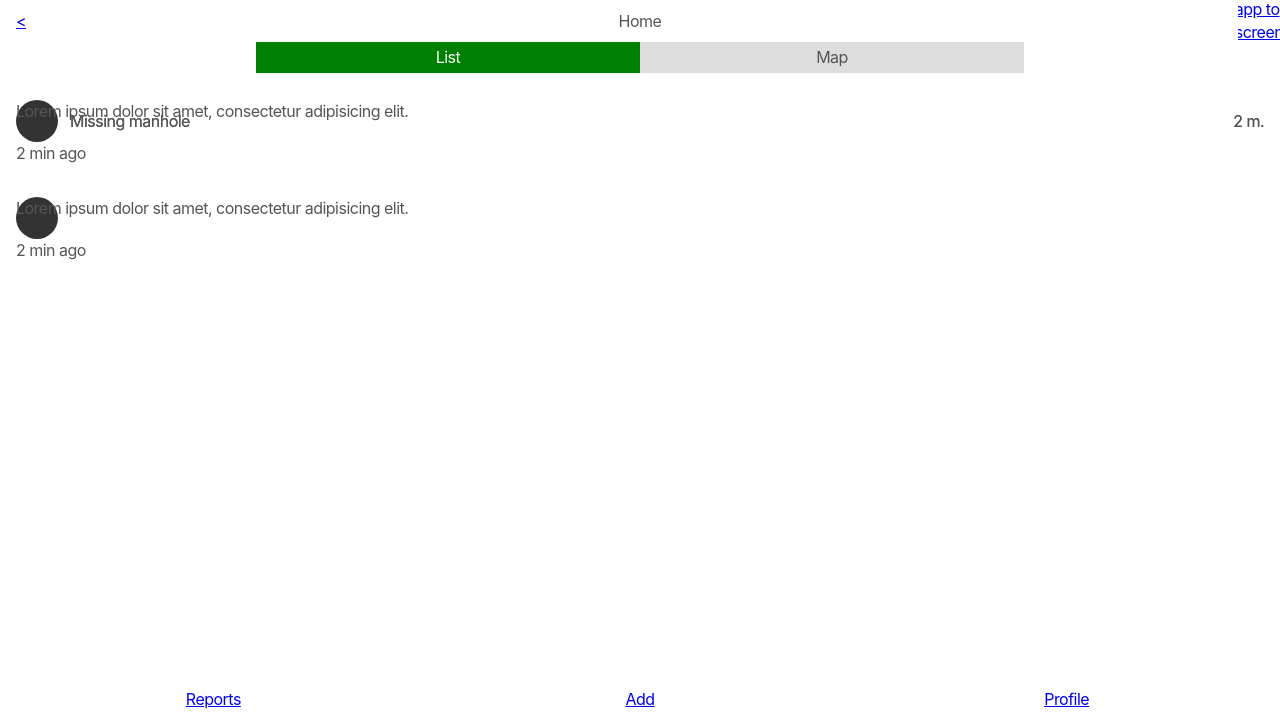
Repository: aleksandrenko/html-css-playground
Page: reports.html
The author's editor kept a copy of each file at every save. The page is drawn from the files as they stood at one save, then again after the next save.
The browser window is 1280 px wide. The pictures show the whole page.

Above is the page before, as saved 2018-01-19 17:44:50.

After the next save:
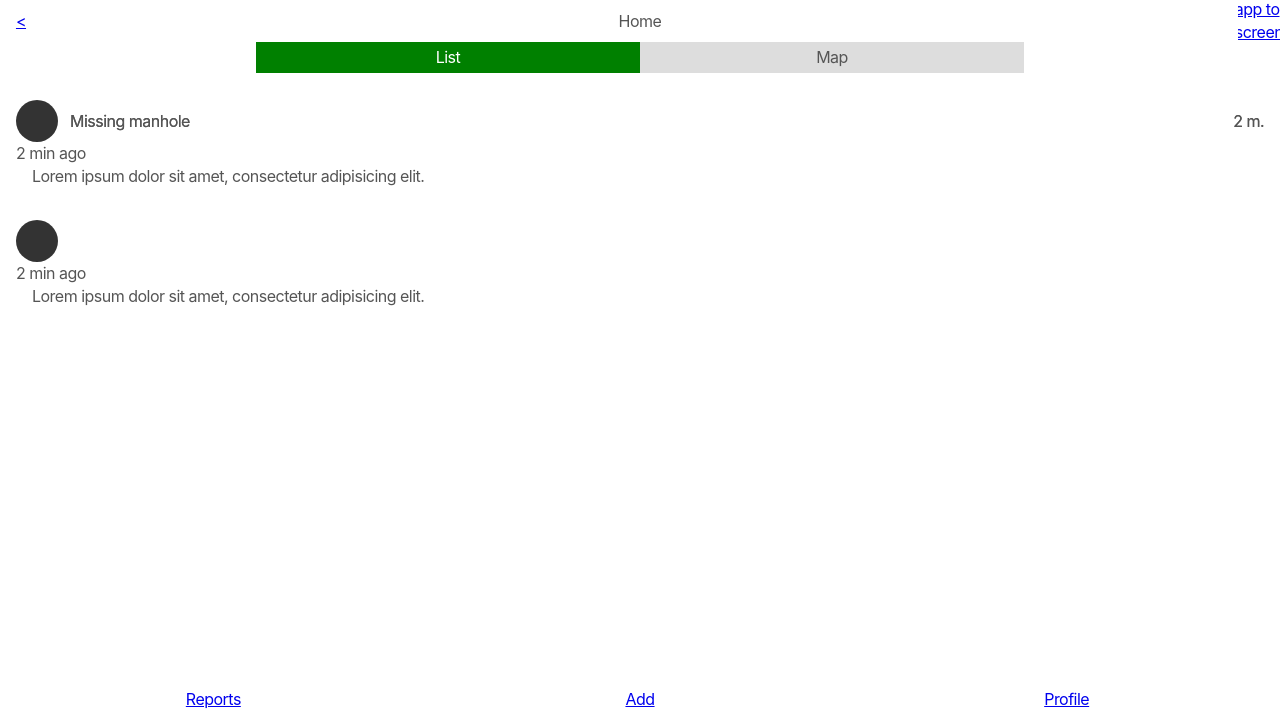
Saved 12 s later.
--- a/css/pages/reports.css
+++ b/css/pages/reports.css
@@ -34,7 +34,7 @@ reports report distance {
 }
 
 reports report comment {
-  position: absolute;
+  padding-left: 1rem;
 }
 
 sub-header views {
